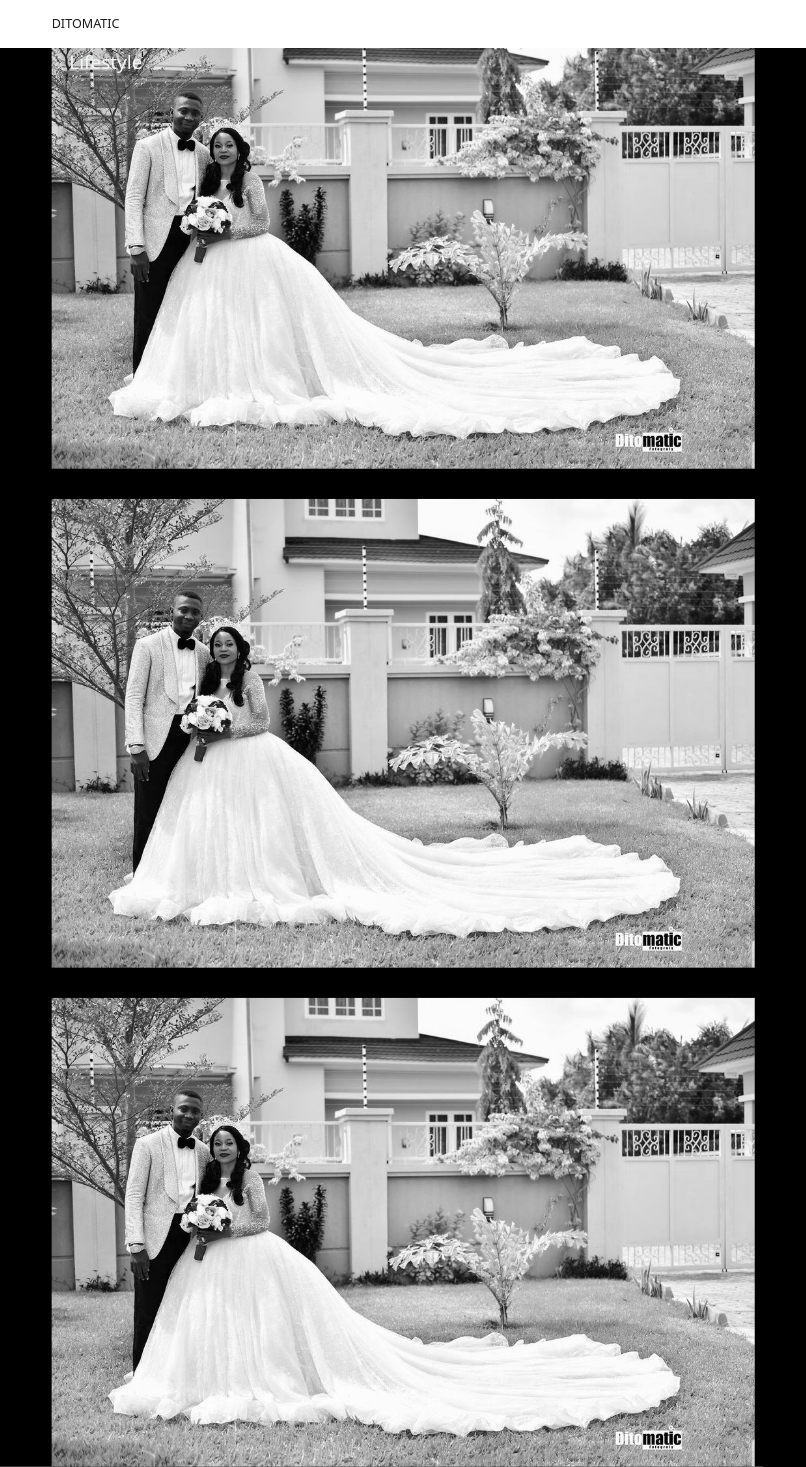
Repository: latenightsnacc/Ditomatic-Demo
Page: ditomatic.html
An editor plug-in stored every save of this project. The page is shown before and after the next save, followed by the edit.
The browser window is 1280 px wide. The pictures show the whole page, at 63% of full size.
Some web libraries are served in a nearby version.

Above is the page before, as saved 2021-02-23 18:07:33.
Console error: TypeError: Cannot read properties of null (reading 'addEventListener')

After the next save:
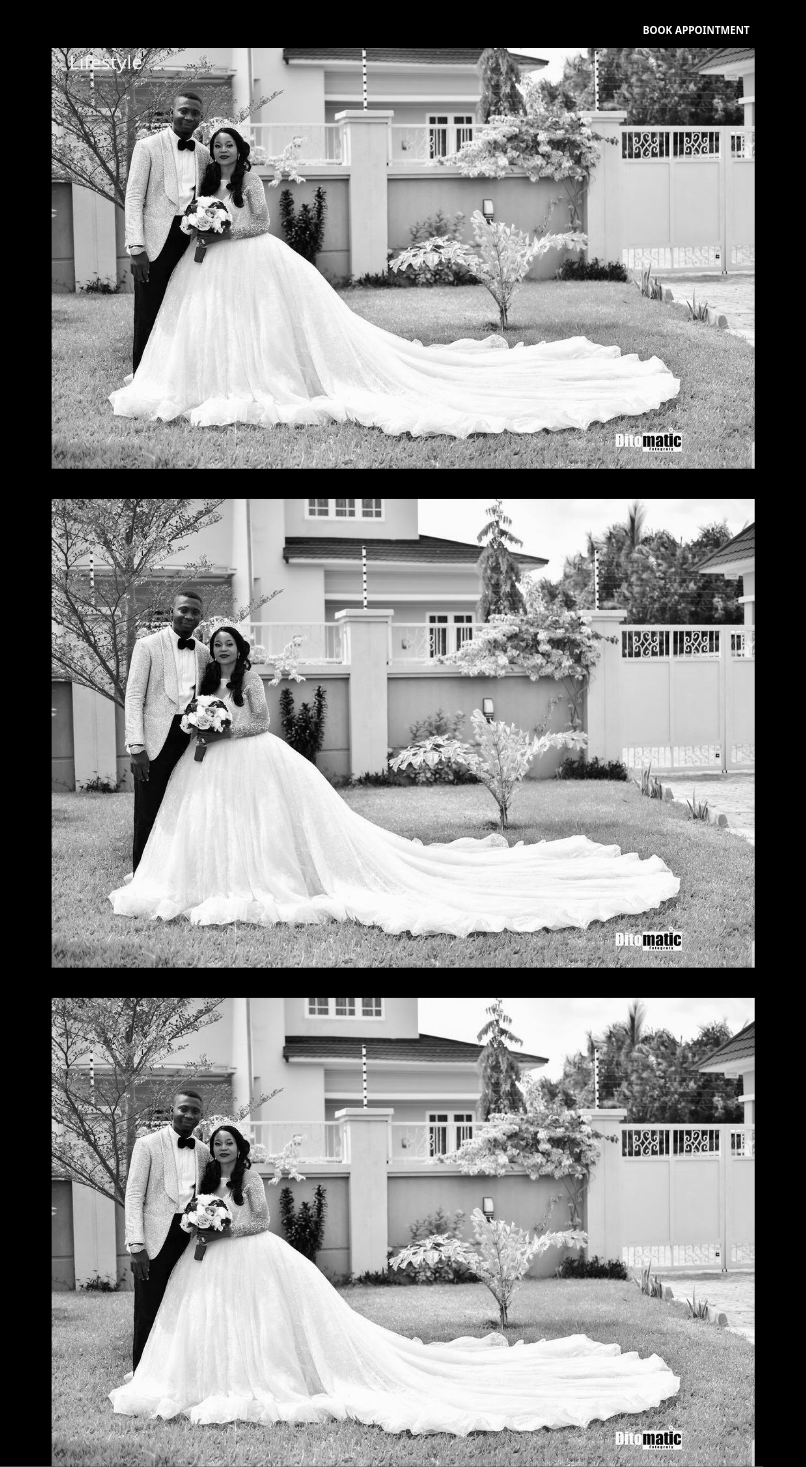
Saved 13 s later.
--- a/ditomatic.html
+++ b/ditomatic.html
@@ -18,7 +18,7 @@
 <body class="bg-black">
     <!--Header-->
     <header>
-        <nav class="navbar navbar-expand-lg navbar-light bg-white fixed-top mb-32">
+        <nav class="navbar navbar-expand-lg navbar-light bg-black fixed-top mb-32">
             <div class="container">
                 <a class="navbar-brand" href="#">
                     DITOMATIC
